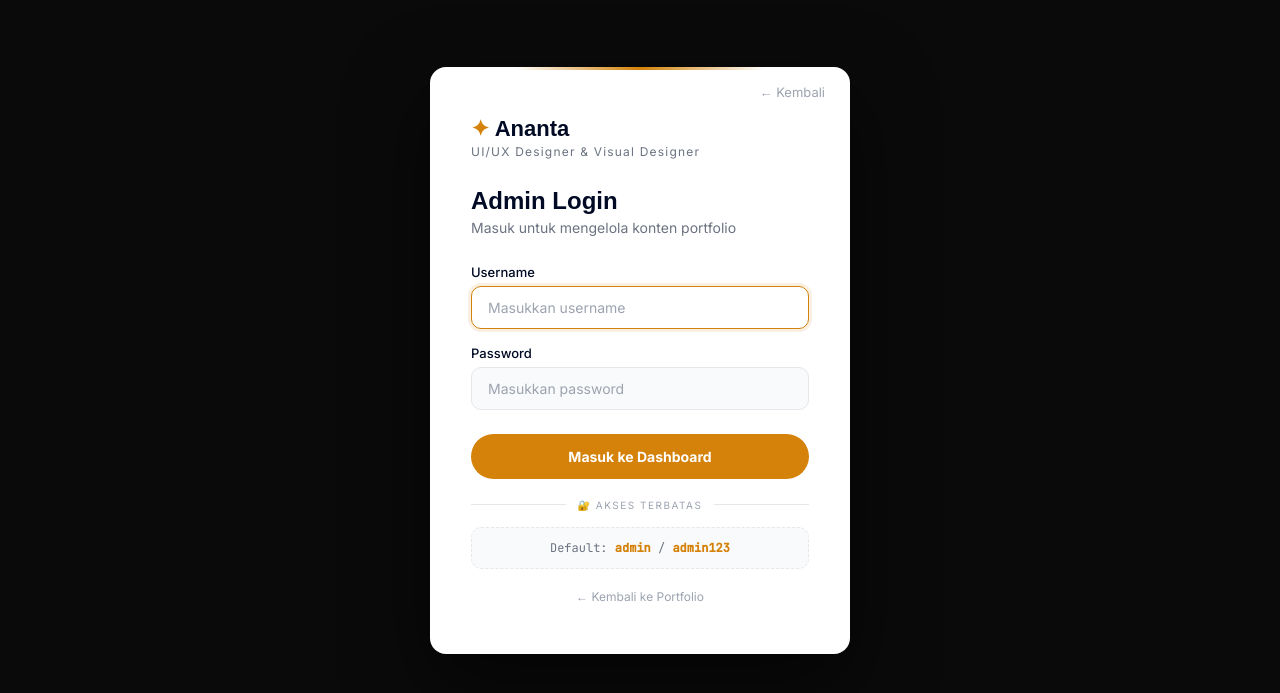
Repository: anantawidya660-oss/TugasPA
Page: http://localhost/login
These files come from the project's save history. The page is drawn as it stood at one moment and after the next save; the edit follows.
The browser window is 1280 px wide. The pictures show the whole page.
Some web fonts or font styles are not loaded; a fallback is used. The page is served by the project's application, run on Flask 3 (app.py). Other server files are loaded and not shown.

Above is the page before, as saved 2026-07-19 05:57:44.

### templates/login.html
<!DOCTYPE html>
<html lang="id">
<head>
    <meta charset="UTF-8">
    <meta name="viewport" content="width=device-width, initial-scale=1.0">
    <title>Login - Ananta Portfolio</title>
    <link href="https://fonts.googleapis.com/css2?family=Sora:wght@400;700;800&family=Inter:wght@400;500;600;700&family=JetBrains+Mono:wght@400;500&display=swap" rel="stylesheet">
    <style>
        /* ========================================
           LOGIN PAGE - BLACK BACKGROUND
           ======================================== */
        * {
            margin: 0;
            padding: 0;
            box-sizing: border-box;
        }

        body {
            font-family: 'Inter', sans-serif;
            background: #0a0a0a;
            min-height: 100vh;
            display: flex;
            align-items: center;
            justify-content: center;
            padding: 24px;
        }

        .login-container {
            width: 100%;
            max-width: 420px;
        }

        .login-box {
            background: #ffffff;
            padding: 48px 40px;
            border-radius: 16px;
            border: 1px solid rgba(255, 255, 255, 0.06);
            position: relative;
            box-shadow: 0 30px 80px rgba(0, 0, 0, 0.6);
        }

        /* Decorative accent - amber */
        .login-box::before {
            content: '';
            position: absolute;
            top: -1px;
            left: 20%;
            right: 20%;
            height: 3px;
            background: linear-gradient(90deg, transparent, #d4820a, transparent);
            border-radius: 0 0 4px 4px;
        }

        .login-box .back-link {
            position: absolute;
            top: 16px;
            right: 24px;
            color: #9ca3af;
            text-decoration: none;
            font-size: 13px;
            font-family: 'Inter', sans-serif;
            transition: all 0.3s ease;
        }
        .login-box .back-link:hover {
            color: #d4820a;
        }

        .login-box .brand {
            font-family: 'Sora', sans-serif;
            font-size: 22px;
            font-weight: 800;
            color: #d4820a;
            margin-bottom: 2px;
            display: block;
        }
        .login-box .brand span {
            color: #000a24;
        }
        .login-box .brand-sub {
            font-family: 'Inter', sans-serif;
            font-size: 12px;
            color: #6b7280;
            margin-bottom: 28px;
            display: block;
            letter-spacing: 1.2px;
        }

        .login-box h1 {
            font-family: 'Sora', sans-serif;
            font-size: 24px;
            font-weight: 700;
            margin-bottom: 4px;
            color: #000a24;
        }
        .login-box .subtitle {
            color: #6b7280;
            margin-bottom: 28px;
            font-size: 14px;
            font-family: 'Inter', sans-serif;
        }

        .login-box .form-group {
            margin-bottom: 16px;
        }
        .login-box label {
            display: block;
            font-weight: 500;
            margin-bottom: 6px;
            color: #000a24;
            font-size: 13px;
            font-family: 'Inter', sans-serif;
        }
        .login-box input {
            width: 100%;
            padding: 12px 16px;
            border: 1px solid #e5e7eb;
            border-radius: 10px;
            font-size: 14px;
            font-family: 'Inter', sans-serif;
            transition: all 0.3s ease;
            background: #f9fafb;
            color: #000a24;
        }
        .login-box input::placeholder {
            color: #9ca3af;
        }
        .login-box input:focus {
            outline: none;
            border-color: #d4820a;
            background: #ffffff;
            box-shadow: 0 0 0 3px rgba(212, 130, 10, 0.12);
        }

        .login-box .btn-primary {
            display: inline-flex;
            align-items: center;
            justify-content: center;
            width: 100%;
            padding: 14px 24px;
            background: #d4820a;
            color: #ffffff;
            border: none;
            border-radius: 9999px;
            font-size: 14px;
            font-weight: 700;
            font-family: 'Inter', sans-serif;
            cursor: pointer;
            transition: all 0.3s ease;
            margin-top: 8px;
        }
        .login-box .btn-primary:hover {
            background: #b8730a;
            transform: translateY(-2px);
            box-shadow: 0 8px 30px rgba(212, 130, 10, 0.25);
        }

        .login-box .error {
            background: #fef2f2;
            color: #dc2626;
            padding: 12px 16px;
            border-radius: 10px;
            margin-bottom: 16px;
            font-size: 13px;
            font-family: 'Inter', sans-serif;
            border: 1px solid #fecaca;
        }

        .login-box .divider {
            display: flex;
            align-items: center;
            gap: 12px;
            margin: 20px 0 16px;
        }
        .login-box .divider::before,
        .login-box .divider::after {
            content: '';
            flex: 1;
            height: 1px;
            background: #e5e7eb;
        }
        .login-box .divider span {
            font-size: 10px;
            color: #9ca3af;
            font-family: 'Inter', sans-serif;
            text-transform: uppercase;
            letter-spacing: 1.5px;
        }

        .login-box .credential-hint {
            background: #f9fafb;
            border-radius: 10px;
            padding: 12px 16px;
            font-size: 12px;
            color: #6b7280;
            font-family: 'JetBrains Mono', monospace;
            text-align: center;
            border: 1px dashed #e5e7eb;
        }
        .login-box .credential-hint strong {
            color: #d4820a;
        }

        .login-box .footer-text {
            margin-top: 16px;
            text-align: center;
        }
        .login-box .footer-text a {
            color: #9ca3af;
            text-decoration: none;
            font-size: 12px;
            font-family: 'Inter', sans-serif;
            transition: color 0.3s ease;
        }
        .login-box .footer-text a:hover {
            color: #d4820a;
        }
    </style>
</head>
<body>
    <div class="login-container">
        <div class="login-box">
            <a href="{{ url_for('main.index') }}" class="back-link">← Kembali</a>

            <span class="brand">✦ <span>Ananta</span></span>
            <span class="brand-sub">UI/UX Designer & Visual Designer</span>

            <h1>Admin Login</h1>
            <p class="subtitle">Masuk untuk mengelola konten portfolio</p>

            {% if error %}
            <div class="error">{{ error }}</div>
            {% endif %}

            <form method="POST">
                <div class="form-group">
                    <label for="username">Username</label>
                    <input type="text" id="username" name="username" placeholder="Masukkan username" required autofocus>
                </div>
                <div class="form-group">
                    <label for="password">Password</label>
                    <input type="password" id="password" name="password" placeholder="Masukkan password" required>
                </div>
                <button type="submit" class="btn-primary">Masuk ke Dashboard</button>
            </form>

            <div class="divider">
                <span>🔐 akses terbatas</span>
            </div>

            <div class="credential-hint">
                Default: <strong>admin</strong> / <strong>admin123</strong>
            </div>

            <div class="footer-text">
                <a href="{{ url_for('main.index') }}">← Kembali ke Portfolio</a>
            </div>
        </div>
    </div>
</body>
</html>

### app.py
from flask import Flask, render_template, redirect, url_for, request, session
from config import Config
from models import db
from routes import main_routes, admin_routes, api_routes
import cloudinary
import cloudinary.uploader
import os

def create_app():
    app = Flask(__name__)
    app.config.from_object(Config)

    # Initialize Database
    db.init_app(app)

    # Configure Cloudinary (jika ada)
    if app.config['CLOUDINARY_CLOUD_NAME']:
        cloudinary.config(
            cloud_name=app.config['CLOUDINARY_CLOUD_NAME'],
            api_key=app.config['CLOUDINARY_API_KEY'],
            api_secret=app.config['CLOUDINARY_API_SECRET']
        )

    # Register Blueprints
    app.register_blueprint(main_routes.bp)
    app.register_blueprint(admin_routes.bp, url_prefix='/admin')
    app.register_blueprint(api_routes.bp, url_prefix='/api')

    # Login route
    @app.route('/login', methods=['GET', 'POST'])
    def login():
        if request.method == 'POST':
            username = request.form.get('username')
            password = request.form.get('password')

            if username == app.config['ADMIN_USERNAME'] and password == app.config['ADMIN_PASSWORD']:
                session['logged_in'] = True
                return redirect(url_for('admin.dashboard'))
            else:
                return render_template('login.html', error='Username atau password salah!')

        return render_template('login.html')

    @app.route('/logout')
    def logout():
        session.pop('logged_in', None)
        return redirect(url_for('index'))

    return app

if __name__ == '__main__':
    app = create_app()

    # Buat database dan tabel
    with app.app_context():
        db.create_all()
        print("✓ Database SQLite created: portfolio.db")

    print(f"✓ Server running at http://localhost:5000")
    print(f"✓ Admin panel at http://localhost:5000/admin")
    print(f"✓ Login at http://localhost:5000/login")
    print(f"✓ Default admin: {app.config['ADMIN_USERNAME']} / {app.config['ADMIN_PASSWORD']}")

    app.run(debug=app.config['DEBUG'], host='0.0.0.0', port=5000)

After the next save:
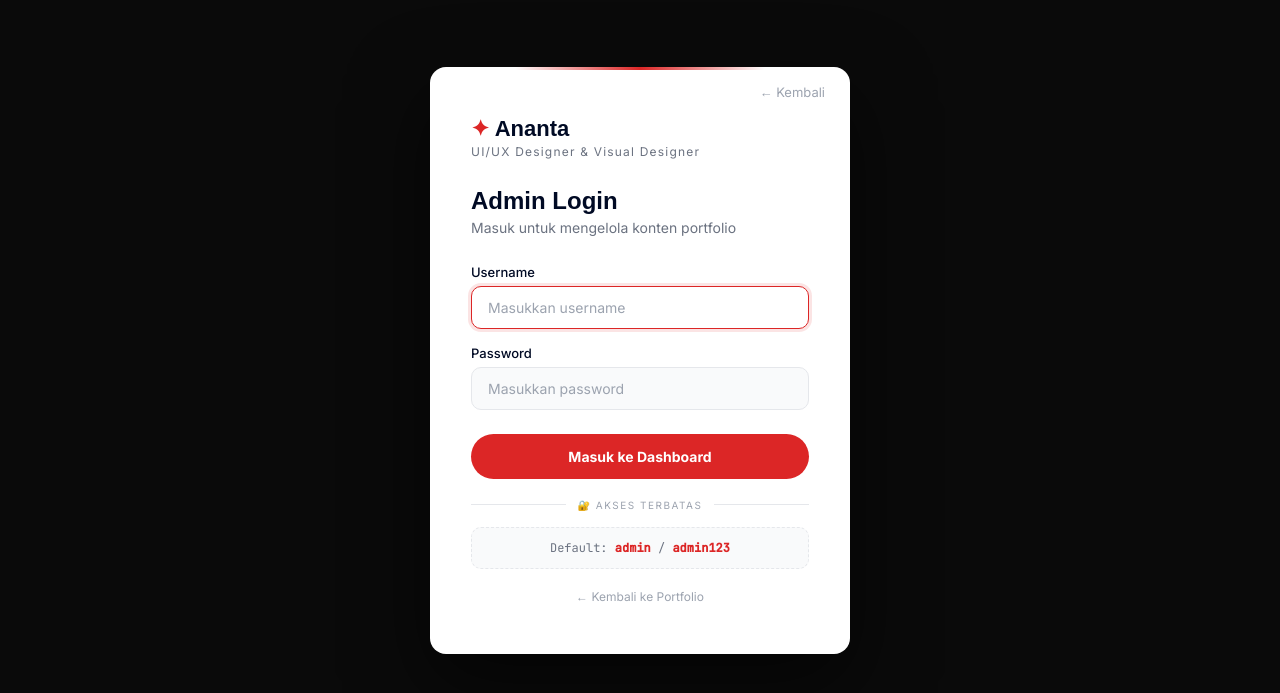
Saved 83 s later.
--- a/templates/login.html
+++ b/templates/login.html
@@ -7,7 +7,7 @@
     <link href="https://fonts.googleapis.com/css2?family=Sora:wght@400;700;800&family=Inter:wght@400;500;600;700&family=JetBrains+Mono:wght@400;500&display=swap" rel="stylesheet">
     <style>
         /* ========================================
-           LOGIN PAGE - BLACK BACKGROUND
+           LOGIN PAGE - RED THEME
            ======================================== */
         * {
             margin: 0;
@@ -39,7 +39,7 @@
             box-shadow: 0 30px 80px rgba(0, 0, 0, 0.6);
         }
 
-        /* Decorative accent - amber */
+        /* Decorative accent - RED */
         .login-box::before {
             content: '';
             position: absolute;
@@ -47,7 +47,7 @@
             left: 20%;
             right: 20%;
             height: 3px;
-            background: linear-gradient(90deg, transparent, #d4820a, transparent);
+            background: linear-gradient(90deg, transparent, #dc2626, transparent);
             border-radius: 0 0 4px 4px;
         }
 
@@ -62,14 +62,14 @@
             transition: all 0.3s ease;
         }
         .login-box .back-link:hover {
-            color: #d4820a;
+            color: #dc2626;
         }
 
         .login-box .brand {
             font-family: 'Sora', sans-serif;
             font-size: 22px;
             font-weight: 800;
-            color: #d4820a;
+            color: #dc2626;
             margin-bottom: 2px;
             display: block;
         }
@@ -126,9 +126,9 @@
         }
         .login-box input:focus {
             outline: none;
-            border-color: #d4820a;
+            border-color: #dc2626;
             background: #ffffff;
-            box-shadow: 0 0 0 3px rgba(212, 130, 10, 0.12);
+            box-shadow: 0 0 0 3px rgba(220, 38, 38, 0.12);
         }
 
         .login-box .btn-primary {
@@ -137,7 +137,7 @@
             justify-content: center;
             width: 100%;
             padding: 14px 24px;
-            background: #d4820a;
+            background: #dc2626;
             color: #ffffff;
             border: none;
             border-radius: 9999px;
@@ -149,9 +149,9 @@
             margin-top: 8px;
         }
         .login-box .btn-primary:hover {
-            background: #b8730a;
+            background: #b91c1c;
             transform: translateY(-2px);
-            box-shadow: 0 8px 30px rgba(212, 130, 10, 0.25);
+            box-shadow: 0 8px 30px rgba(220, 38, 38, 0.25);
         }
 
         .login-box .error {
@@ -197,7 +197,7 @@
             border: 1px dashed #e5e7eb;
         }
         .login-box .credential-hint strong {
-            color: #d4820a;
+            color: #dc2626;
         }
 
         .login-box .footer-text {
@@ -212,7 +212,7 @@
             transition: color 0.3s ease;
         }
         .login-box .footer-text a:hover {
-            color: #d4820a;
+            color: #dc2626;
         }
     </style>
 </head>
